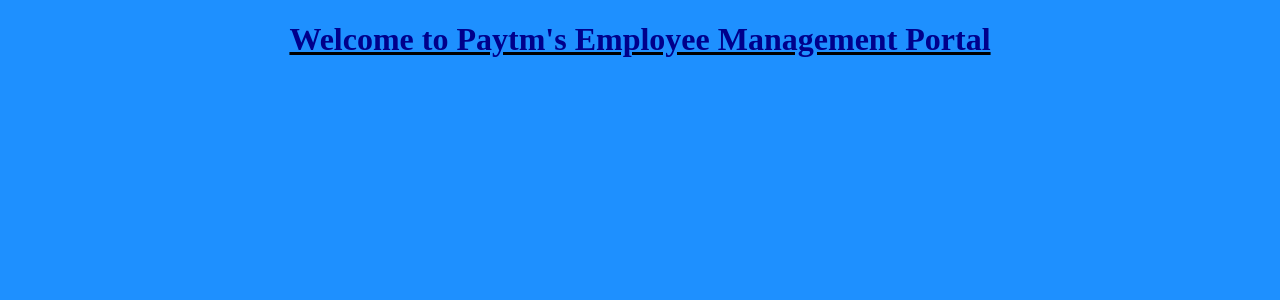
Repository: kimchiLover/BackupProjectsOnPC
Page: eclipse-oauth/ManageEmpApp/WebContent/index.html
An editor plug-in stored every save of this project. The page is shown before and after the next save, followed by the edit.
The browser window is 1280 px wide. The pictures show the whole page.

Above is the page before, as saved 2019-07-18 09:00:27.

After the next save:
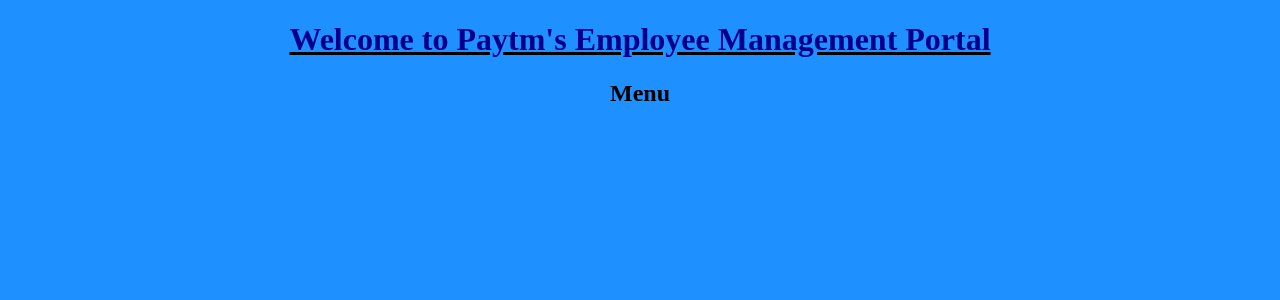
Saved 6 min 4 s later.
--- a/eclipse-oauth/ManageEmpApp/WebContent/index.html
+++ b/eclipse-oauth/ManageEmpApp/WebContent/index.html
@@ -5,7 +5,10 @@
 <title>Paytm Emp Portal</title>
 </head>
 <body style="background-color:DodgerBlue;">
-<center><u><h1 style="color:DarkBlue;">Welcome to Paytm's Employee Management Portal
-</h1></u></center>
+<center>
+<u><h1 style="color:DarkBlue;">Welcome to Paytm's Employee Management Portal</h1></u>
+<h2>Menu</h2>
+
+</center>
 </body>
 </html>
